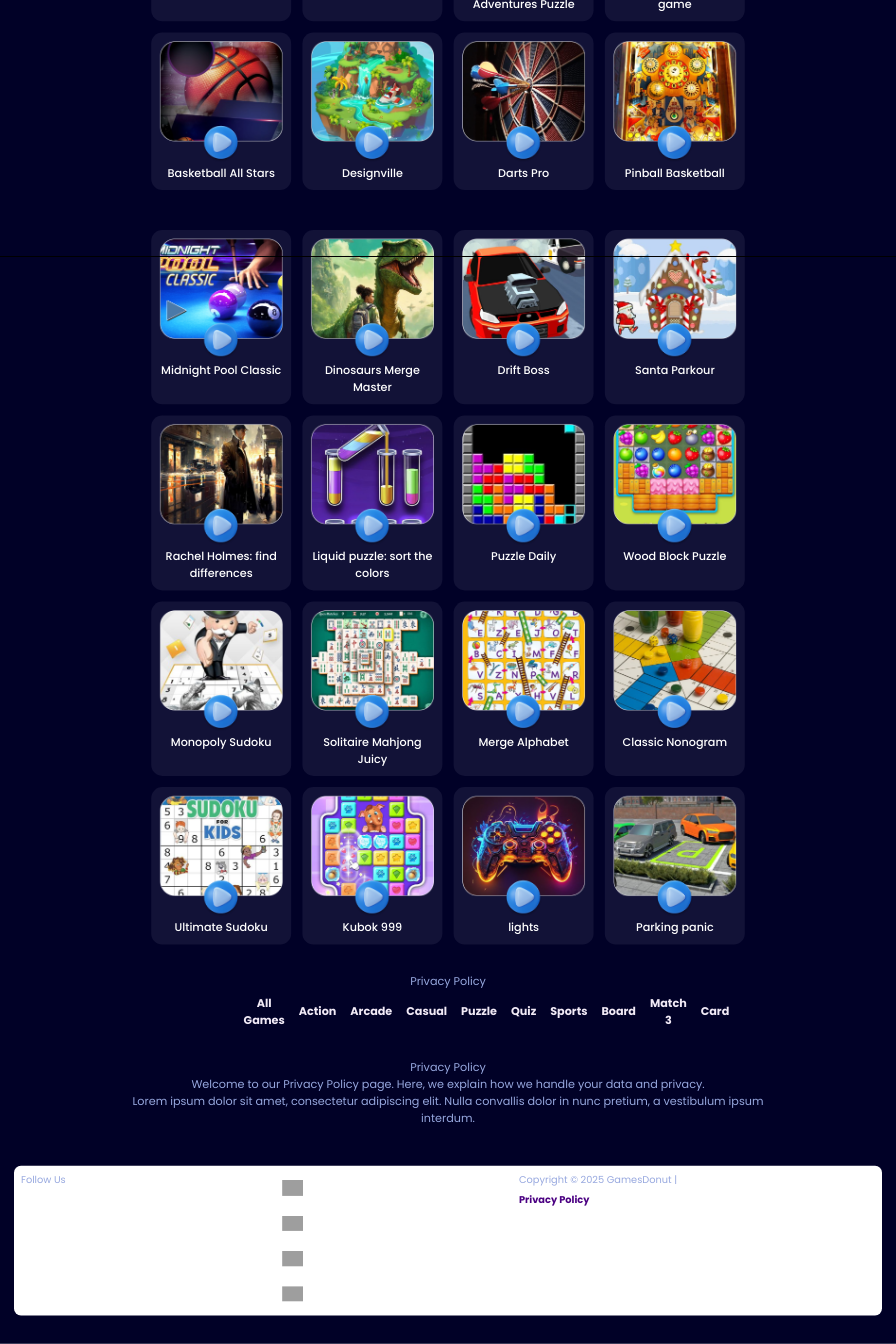
Repository: meenadabhii/jpygames.com
Page: http://localhost/
An editor plug-in stored every save of this project. The page is shown before and after a run of saves, followed by the edit.
The browser window is 1280 px wide. The pictures show the part of the page from y = 2538 to 4458 px (the page is 4458 px tall), at 70% of full size.
Pictures or frames that could not be fetched are drawn as grey boxes. Some web libraries are served in a nearby version. The page is served by the project's Node server (app.js).

Above is the page before, as saved 2025-02-08 10:18:51.
Console error: ReferenceError: googletag is not defined

### nodejs/views/home.ejs
<%- include('header') %>

<main class="max-w-[1024px] m-auto">
    <div class="px-3">
        <div class="px-2">

            <div class="flex flex-wrap justify-center gap-4 pb-10">
                <% for (let i = 0; i < games.length; i++) {
                    const element = games[i];
                    %>
                    <div class="p-3 bg-[#121237] rounded-2xl max-w-[150px] sm:max-w-[200px]">
                        <img src="<%- element.img %>" alt="" class="rounded-xl w-full" loading="lazy">
                        <a href="/game/<%- element.slug %>">
                            <img src="./image/play_button.png" alt="" class="w-[60px] m-auto mt-[-25px]">
                        </a>
                        <div class="text-center text-[#ffffff] font-medium"><%- element.name %></div>
                    </div>
                    <%
                    if(i == 7){
                        %>
                        <div class="p-3 w-full">
                            <div id='div-gpt-ad-1720714168712-0' style='min-width: 336px; '>
                                <script>
                                    googletag.cmd.push(function() { googletag.display('div-gpt-ad-1720714168712-0'); });
                                </script>
                            </div>
                        </div>
                        <%
                    }
                    if(i == 15){
                        %>
                        <div class="p-3 w-full">
                            <div id='div-gpt-ad-1720714228348-0' style='min-width: 336px; '>
                                <script>
                                    googletag.cmd.push(function() { googletag.display('div-gpt-ad-1720714228348-0'); });
                                </script>
                            </div>
                        </div>
                        <%
                    }
                    if(i == 23){
                        %>
                        <div class="p-3 w-full">
                            <div id='div-gpt-ad-1720714287596-0' style='min-width: 336px;'>
                                <script>
                                    googletag.cmd.push(function() { googletag.display('div-gpt-ad-1720714287596-0'); });
                                </script>
                            </div>
                        </div>
                        <%
                    }
                    if(i == 31){
                        %>
                        <div class="p-3 w-full">
                            <div id='div-gpt-ad-1720714417761-0' style='min-width: 300px; min-height: 1px;'>
                                <script>
                                    googletag.cmd.push(function() { googletag.display('div-gpt-ad-1720714417761-0'); });
                                </script>
                            </div>
                        </div>
                        <%
                    }
                    if(i == 39){
                        %>
                        <div class="p-3 w-full">
                            <div id='div-gpt-ad-1720714467600-0' style='min-width: 300px; min-height: 1px;'>
                                <script>
                                    googletag.cmd.push(function() { googletag.display('div-gpt-ad-1720714467600-0'); });
                                </script>
                            </div>
                        </div>
                        <%
                    }
                } %>
            </div>
        </div>
    </div>
</main>

<%- include('footer') %>

### nodejs/views/header.ejs
<!DOCTYPE html>
<html lang="en">
<head>
    <meta charset="UTF-8">
    <meta name="viewport" content="width=device-width, initial-scale=1.0">
    <title>JPV Game</title>
    <script src="https://cdn.tailwindcss.com"></script>

    <link rel="preconnect" href="https://fonts.googleapis.com">
    <link rel="preconnect" href="https://fonts.gstatic.com" crossorigin>
    <link href="https://fonts.googleapis.com/css2?family=Poppins:wght@400;500;600;700;800&display=swap" rel="stylesheet">

    <link href="https://cdn.jsdelivr.net/npm/daisyui@4.10.5/dist/full.min.css" rel="stylesheet" type="text/css" />

    <link rel="icon"  href="/image/logo.png" />


    <!-- <link rel="icon" type="image/png" href="/nodejs/public/image/logo.png"> -->




    <!-- ads -->
    <script async src="https://securepubads.g.doubleclick.net/tag/js/gpt.js"></script>

    <!-- Google tag (gtag.js) -->
    <script async src="https://www.googletagmanager.com/gtag/js?id=G-5GJYH51WPM"></script>


    <style>
        *{
            font-family: "Poppins", sans-serif;
        }

        #loading-screen {
            position: fixed;
            top: 0;
            left: 0;
            width: 100%;
            height: 100%;
            background-color: #010127;
            display: flex;
            justify-content: center;
            align-items: center;
            z-index: 9999;
            transition: opacity 0.5s ease;
            flex-direction: column;
        }
        #loading-screen.hidden {
            opacity: 0;
            pointer-events: none;
        }
        .spinner {
            border: 4px solid rgba(0, 0, 0, 0.1);
            border-top: 4px solid #333;
            border-radius: 50%;
            width: 40px;
            height: 40px;
            animation: spin 1s linear infinite;
        }
        @keyframes spin {
            0% { transform: rotate(0deg); }
            100% { transform: rotate(360deg); }
        }
    </style>

</head>
<body class="bg-[#010127]">
    <input id="my-drawer" type="checkbox" class="drawer-toggle" />
    <div class="py-3 flex px-3 place-items-center">
        <div class="drawer-content">
            <label for="my-drawer" class="cursor-pointer">
                <svg width="27" height="29" viewBox="0 0 27 29" fill="none" xmlns="http://www.w3.org/2000/svg">
                    <path d="M1.02857 11.6293H21.6C21.8728 11.6293 22.1344 11.5009 22.3273 11.2724C22.5202 11.0439 22.6286 10.7339 22.6286 10.4107C22.6286 10.0875 22.5202 9.77754 22.3273 9.54901C22.1344 9.32047 21.8728 9.19208 21.6 9.19208H1.02857C0.755777 9.19208 0.494156 9.32047 0.301261 9.54901C0.108367 9.77754 0 10.0875 0 10.4107C0 10.7339 0.108367 11.0439 0.301261 11.2724C0.494156 11.5009 0.755777 11.6293 1.02857 11.6293Z" fill="white"/>
                    <path d="M0 1.74463C7.27101e-05 2.06781 0.108463 2.37772 0.301342 2.60624C0.494221 2.83476 0.7558 2.96318 1.02857 2.96326H25.7143C25.9871 2.96326 26.2487 2.83487 26.4416 2.60633C26.6345 2.3778 26.7429 2.06783 26.7429 1.74463C26.7429 1.42143 26.6345 1.11147 26.4416 0.882929C26.2487 0.654392 25.9871 0.526001 25.7143 0.526001H1.02857C0.7558 0.526087 0.494221 0.654506 0.301342 0.883025C0.108463 1.11154 7.27101e-05 1.42146 0 1.74463Z" fill="white"/>
                    <path d="M1.02857 20.2946H18.8571C19.1299 20.2946 19.3916 20.1662 19.5845 19.9377C19.7773 19.7092 19.8857 19.3992 19.8857 19.076C19.8857 18.7528 19.7773 18.4428 19.5845 18.2143C19.3916 17.9858 19.1299 17.8574 18.8571 17.8574H1.02857C0.755777 17.8574 0.494156 17.9858 0.301261 18.2143C0.108367 18.4428 0 18.7528 0 19.076C0 19.3992 0.108367 19.7092 0.301261 19.9377C0.494156 20.1662 0.755777 20.2946 1.02857 20.2946Z" fill="white"/>
                    <path d="M1.02857 28.9607H14.7429C15.0157 28.9607 15.2773 28.8323 15.4702 28.6038C15.6631 28.3752 15.7714 28.0653 15.7714 27.7421C15.7714 27.4189 15.6631 27.1089 15.4702 26.8804C15.2773 26.6518 15.0157 26.5234 14.7429 26.5234H1.02857C0.755777 26.5234 0.494156 26.6518 0.301261 26.8804C0.108367 27.1089 0 27.4189 0 27.7421C0 28.0653 0.108367 28.3752 0.301261 28.6038C0.494156 28.8323 0.755777 28.9607 1.02857 28.9607Z" fill="white"/>
                </svg>
            </label>
        </div>
        <a href="/" class="w-full"><img src="/image/logo.png" class="w-[150px] m-auto"></a>
    </div>
    <div class="drawer-side">
        <label for="my-drawer" aria-label="close sidebar" class="drawer-overlay"></label>
        <ul class="menu p-4 w-80 min-h-full bg-base-200 text-base-content bg-[#02001e7d] backdrop-blur-lg text-[#fff] max-[350px]:w-auto">
            <label class="ml-auto cursor-pointer" for="my-drawer" aria-label="close sidebar">
                <svg width="18" height="18" viewBox="0 0 18 18" fill="#ffffff" xmlns="http://www.w3.org/2000/svg">
                    <path d="M10.1665 9.00805L17.762 1.43822C18.0793 1.11791 18.0793 0.598995 17.762 0.278681C17.4503 -0.0473594 16.9355 -0.0571515 16.6118 0.256802L9.01628 7.82663L1.51839 0.256802C1.36467 0.0928811 1.15078 0 0.927025 0C0.703266 0 0.489378 0.0928811 0.335658 0.256802C0.0543006 0.566276 0.0543006 1.04123 0.335658 1.35071L7.83354 8.9096L0.238001 16.4685C-0.0793336 16.7888 -0.0793336 17.3077 0.238001 17.628C0.389074 17.784 0.596845 17.871 0.813092 17.8687C1.03351 17.8867 1.25202 17.8159 1.42074 17.6718L9.01628 10.102L16.6118 17.7593C16.7629 17.9153 16.9707 18.0022 17.1869 18C17.4029 18.001 17.6102 17.9142 17.762 17.7593C18.0793 17.439 18.0793 16.9201 17.762 16.5998L10.1665 9.00805Z" fill="#ffffff"/>
                </svg>
            </label>
            <li class="mx-auto">
                <a href="/" class="w-full"><img src="/image/logo.png" class="w-[150px] m-auto"></a>
            </li>
            <li>
                <hr class="rounded-none">
            </li>
            <li>
                <a href="/">
                    <img src="/icon/home.png" alt="home" class="w-[40px]">
                    <label>Home</label>
                </a>
            </li>
            <li>
                <a href="/category/action">
                    <img src="/icon/home.png" alt="home" class="w-[40px]">
                    <label>Action</label>
                </a>
            </li>
        </ul>
    </div>

### nodejs/views/footer.ejs
<div id="loading-screen">
    <img src="/image/logo.png" alt="loding logo">
    <div class="spinner"></div>
</div>
<a href="/privacy-policy.html">Privacy Policy</a>
<script>
    window.addEventListener('load', function(){
        const loadingScreen = document.getElementById('loading-screen');
        loadingScreen.classList.add('hidden');
    });
</script>
<div class="px-3">
    <div class="px-2">
        <div class="flex flex-wrap justify-center gap-4 pb-10">
            <title>Privacy Policy</title>
    <style>
        body {
            background-color: #0B0D21;
            color: rgb(151, 168, 223);
            font-family: Arial, sans-serif;
            text-align: center;
        }
        .container {
            width: 80%;
            margin: auto;
            padding: 20px;
        }
        .navbar {
            display: flex;
            align-items: center;
            padding: var(--navbar-padding, .5rem);
            min-height: 4rem;
            width: 50%;

        }
        .navbar a {
            color: hsl(275, 38%, 94%);
            text-decoration: none;
            margin: 0 10px;
            font-weight: bold;
            align-items:center
        }
        .footer {
            background: white;
            padding: 10px;
            border-radius: 10px;
            margin-top: 20px;
        }
        .footer a {
            color: #4B0082;
            text-decoration: none;
            font-weight: bold;
        }
        .social-icons img {
            width: 30px;
            margin: 10px;
        }
    </style>
</head>
<body>
    <div class="navbar" >
        <a href="#">All Games</a>
        <a href="#">Action</a>
        <a href="#">Arcade</a>
        <a href="#">Casual</a>
        <a href="#">Puzzle</a>
        <a href="#">Quiz</a>
        <a href="#">Sports</a>
        <a href="#">Board</a>
        <a href="#">Match 3</a>
        <a href="#">Card</a>
    </div>

    <div class="container">
        <h1>Privacy Policy</h1>
        <p>Welcome to our Privacy Policy page. Here, we explain how we handle your data and privacy.</p>
        <p>Lorem ipsum dolor sit amet, consectetur adipiscing elit. Nulla convallis dolor in nunc pretium, a vestibulum ipsum interdum.</p>
    </div>

    <div class="footer">
        <p>Follow Us</p>
        <div class="social-icons">
            <img src="facebook.png" alt="Facebook">
            <img src="instagram.png" alt="Instagram">
            <img src="twitter.png" alt="Twitter">
            <img src="linkedin.png" alt="LinkedIn">
        </div>
        <p>Copyright &copy; 2025 GamesDonut | <a href="#">Privacy Policy</a></p>
    </div>
</body>
</div>
</div>
</div>

</body>
</html>

### nodejs/app.js

const express = require('express')
const app = express()
const port = 6600
const ejs = require('ejs')
const path = require('path')
const fs = require('fs')

app.use(express.static('public'))
app.set('views', path.join(__dirname,'/views'))
app.set('view engine', 'ejs')

const games = JSON.parse(fs.readFileSync('./game.json','utf-8'));

app.use(express.static(path.join(__dirname, 'public')));

app.get('/privacy-policy.html', (req, res) => {
    res.sendFile(path.join(__dirname, 'views', 'privacy-policy.html'));
});

app.get('/', (req, res) => {
    return res.render('home',{games});
})

app.get('/game/:name', (req, res) => {
    const find = games.filter(i => i.slug == req.params.name);
    const newdata = [...Array(8)].map(i => games[(Math.floor(Math.random() * games.length))]);

    if (!find.length) {
        return res.send('404')
    }
    return res.render('singel',{data:find[0], newdata});
})

app.get('/category/:name', (req, res) => {
    const find = games.filter(i => i.type == req.params.name);
    if (!find.length) {
        return res.send('404')
    }
    return res.render('category',{data:find});
})

app.get('/game/:name/play', (req, res) => {
    const find = games.filter(i => i.slug == req.params.name);
    if (!find.length) {
        return res.send('404')
    }
    return res.render('play',{data:find[0]});
})

app.listen(port, () => {
    console.log(`Example app listening on port ${port}`)
})

Loaded but not shown: nodejs/game.json (401 lines, source omitted)

After the next 3 saves:
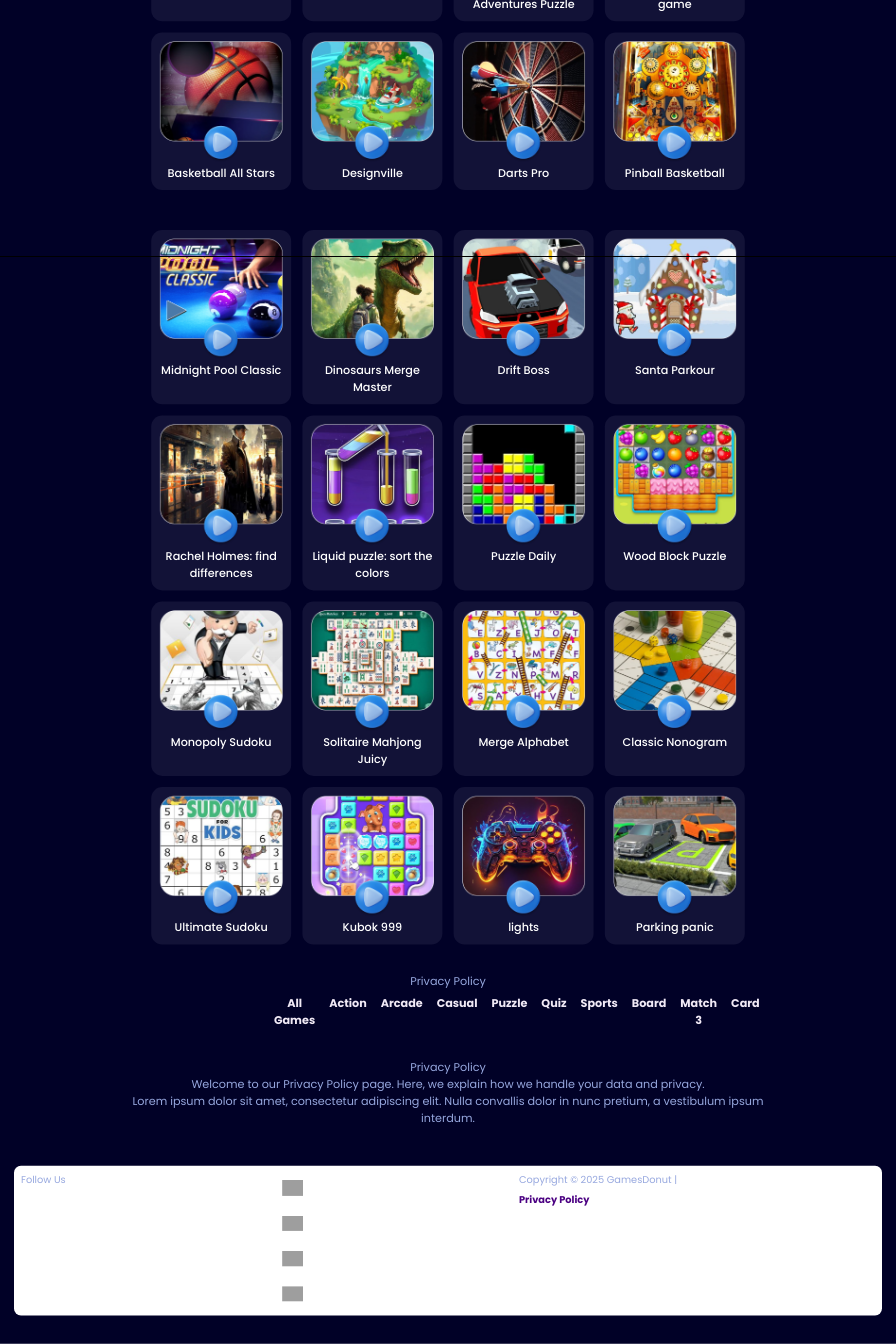
The 3 saves are shown as one change because they came seconds apart.
The last was saved 85 s later.
--- a/nodejs/views/footer.ejs
+++ b/nodejs/views/footer.ejs
@@ -27,10 +27,10 @@
         }
         .navbar {
             display: flex;
-            align-items: center;
+            align-items: baseline;
             padding: var(--navbar-padding, .5rem);
             min-height: 4rem;
-            width: 50%;
+            width: 43%;
 
         }
         .navbar a {
